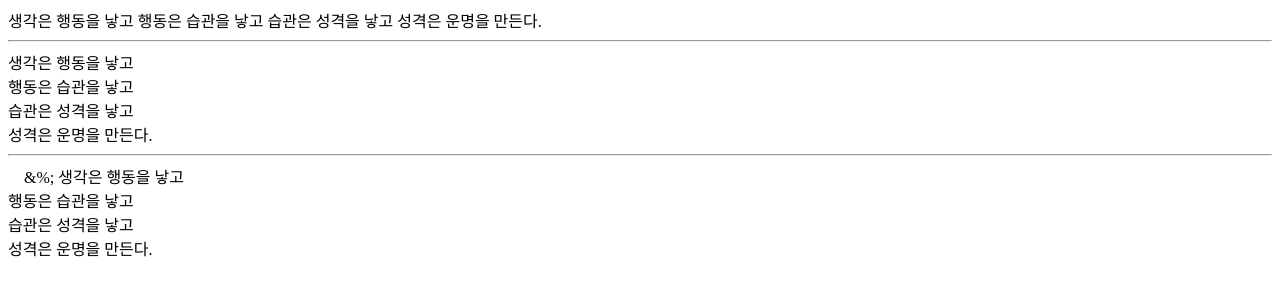
Repository: AkaKSR/Java_Convergence_New
Page: HTML0826/WebContent/Ex02.html
The author's editor kept a copy of each file at every save. The page is drawn from the files as they stood at one save, then again after the next save.
The browser window is 1280 px wide. The pictures show the whole page.

Above is the page before, as saved 2019-08-26 06:32:31.

### HTML0826/WebContent/Ex02.html
<!DOCTYPE html>
<html>
<head>
<meta charset="UTF-8">
<title>태그 연습</title>
</head>
<body>
	생각은 행동을 낳고
		   행동은 습관을 낳고
				  습관은 성격을 낳고
						 성격은 운명을 만든다.
<hr />
	생각은 행동을 낳고<br />
		   행동은 습관을 낳고<br />
				  습관은 성격을 낳고<br />
						 성격은 운명을 만든다.
<hr />
&nbsp;&nbsp;&nbsp;&nbsp;&%;
	생각은 행동을 낳고<br />
		   행동은 습관을 낳고<br />
				  습관은 성격을 낳고<br />
						 성격은 운명을 만든다.

</body>
</html>

After the next save:
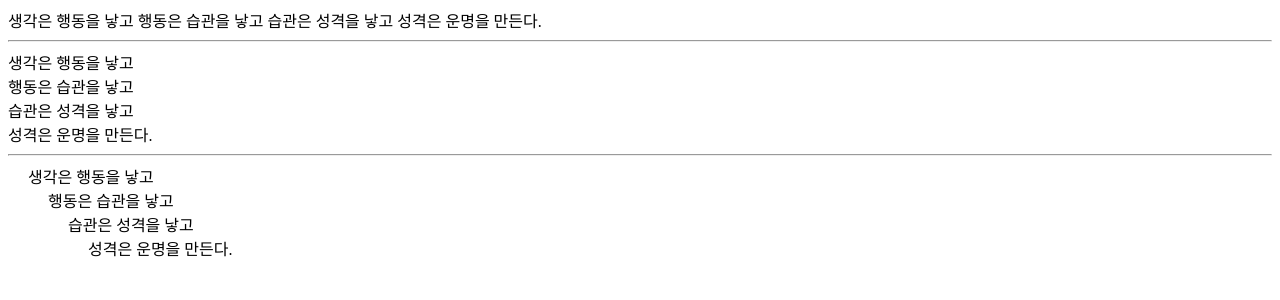
Saved 17 s later.
--- a/HTML0826/WebContent/Ex02.html
+++ b/HTML0826/WebContent/Ex02.html
@@ -15,10 +15,19 @@
 				  습관은 성격을 낳고<br />
 						 성격은 운명을 만든다.
 <hr />
-&nbsp;&nbsp;&nbsp;&nbsp;&%;
+&nbsp;&nbsp;&nbsp;&nbsp;
 	생각은 행동을 낳고<br />
+&nbsp;&nbsp;&nbsp;&nbsp;
+&nbsp;&nbsp;&nbsp;&nbsp;
 		   행동은 습관을 낳고<br />
+&nbsp;&nbsp;&nbsp;&nbsp;
+&nbsp;&nbsp;&nbsp;&nbsp;
+&nbsp;&nbsp;&nbsp;&nbsp;
 				  습관은 성격을 낳고<br />
+&nbsp;&nbsp;&nbsp;&nbsp;
+&nbsp;&nbsp;&nbsp;&nbsp;
+&nbsp;&nbsp;&nbsp;&nbsp;
+&nbsp;&nbsp;&nbsp;&nbsp;
 						 성격은 운명을 만든다.
 
 </body>
